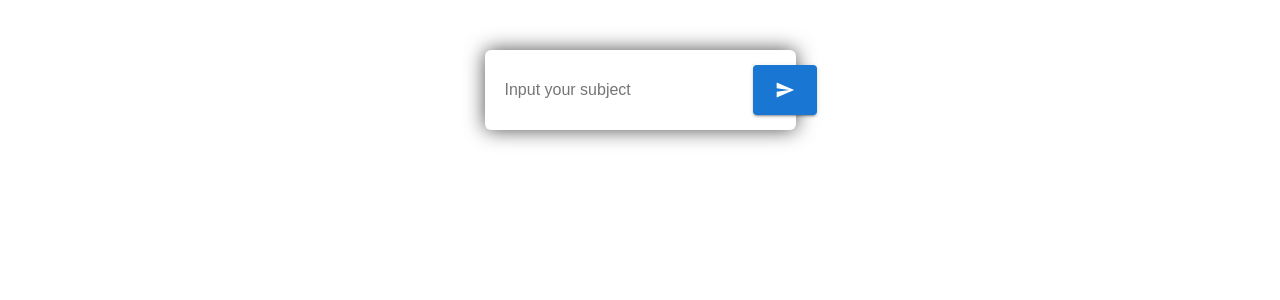
Repository: thienv29/todolist
Page: /
These files come from the project's save history. The page is drawn as it stood at one moment and after the next save; the edit follows.
The browser window is 1280 px wide. The pictures show the whole page.
The project was rebuilt for these pictures with package versions that can differ from the ones it lists, and the page was loaded fresh each time. Also part of the build but not shown: src/components/TodoEditing.js, src/components/Todo.js.

Above is the page before, as saved 2021-10-22 17:28:36.

### public/index.html
<!DOCTYPE html>
<html lang="en">
    <head>
        <meta charset="utf-8" />
        <link rel="icon" href="%PUBLIC_URL%/favicon.ico" />
        <meta name="viewport" content="width=device-width, initial-scale=1" />
        <meta name="theme-color" content="#000000" />
        <meta name="description" content="Web site created using create-react-app" />
        <link rel="apple-touch-icon" href="%PUBLIC_URL%/logo192.png" />
        <!--
      manifest.json provides metadata used when your web app is installed on a
      user's mobile device or desktop. See https://developers.google.com/web/fundamentals/web-app-manifest/
    -->
        <link rel="manifest" href="%PUBLIC_URL%/manifest.json" />
        <!--
      Notice the use of %PUBLIC_URL% in the tags above.
      It will be replaced with the URL of the `public` folder during the build.
      Only files inside the `public` folder can be referenced from the HTML.

      Unlike "/favicon.ico" or "favicon.ico", "%PUBLIC_URL%/favicon.ico" will
      work correctly both with client-side routing and a non-root public URL.
      Learn how to configure a non-root public URL by running `npm run build`.
    -->
        <link
            rel="stylesheet"
            href="https://fonts.googleapis.com/css?family=Roboto:300,400,500,700&display=swap"
        />
        <title>React App</title>
    </head>
    <body>
        <noscript>You need to enable JavaScript to run this app.</noscript>
        <div id="root"></div>
        <!--
      This HTML file is a template.
      If you open it directly in the browser, you will see an empty page.

      You can add webfonts, meta tags, or analytics to this file.
      The build step will place the bundled scripts into the <body> tag.

      To begin the development, run `npm start` or `yarn start`.
      To create a production bundle, use `npm run build` or `yarn build`.
    --></body>
</html>

### src/index.js
import React from "react";
import ReactDOM from "react-dom";
import App from "./App";
import "./style.scss";
import store from "./redux/store";
import { Provider } from "react-redux";

ReactDOM.render(
    <Provider store={store}>
        <React.StrictMode>
            <App />
        </React.StrictMode>
    </Provider>,
    document.getElementById("root")
);

### src/App.js
import React from "react";
import TodoList from "./components/TodoList.js";
import Input from "./components/Input.js";
import {Toaster} from 'react-hot-toast'
import Grid from "@mui/material/Grid";
export default function App() {
    return (
        <Grid container className="main">
            <Input />
            <TodoList />
                <Toaster position="top-center" reverseOrder={false} />
        </Grid>
    );
}

### src/style.scss
*{
    margin: 0;
    padding: 0;
    box-sizing: border-box;
    font-family: Arial, Helvetica, sans-serif;
}
body{
    width: 100%;
    height: 100vh;
    display: flex;
    justify-content: center;
}
.main{
    width: 800px;
    height: 100%;
   padding: 50px;
    overflow: hidden;
}
.todolist{
    transition: .5s ease-in ;
}
.inputTodo{
    width: 100%;
    background-color: white;
    height: 80px;
    position: relative;
    display: flex;
    justify-content: center;
    align-items: center;
    padding: 0px 20px;
    border-radius: 6px;
    box-shadow: 0px 0px 20px rgba($color: #000000, $alpha: 0.7);
    margin-bottom: 30px;
    .inputdiv{

        height: 100%;
    }
    .input{
        width: 100%;
        height: 100%;
        border: none;
        outline: none;
        font-size: medium;

    }
    .inputTime{
        position: absolute;
    }
    .MuiButton-root.MuiButton-contained.MuiButton-containedPrimary.MuiButton-sizeMedium.MuiButton-containedSizeMedium.MuiButtonBase-root.css-sghohy-MuiButtonBase-root-MuiButton-root{
        height: 50px;
    }
    .MuiButton-endIcon.MuiButton-iconSizeMedium.css-9tj150-MuiButton-endIcon{
        padding: 0;
        margin: 0;
    }
    .MuiGrid-root.MuiGrid-item.MuiGrid-grid-xs-2.css-a0vo9r-MuiGrid-root
    {
        text-align: right;
    }
}
.todo{
    width: 100%;
    height: 60px;
    background-color: white;
    margin: 10px 0px;
    display: flex;
    align-items: center;
    justify-content: space-between;
    padding: 0px 20px;
    box-shadow: 0px 0px 20px rgba($color: #000000, $alpha: 0.7);
    border-radius: 6px;
    .tododivleft{
        align-items: center;
        display: flex;
    }
}

.todo {
    transform: translateX(200%);
    animation:
        openspace .3s ease forwards,
        restored-item-animation .5s .3s cubic-bezier(.14,.25,.52,1.56) forwards;
}

@keyframes openspace {
    to {
        height: 60px;
    }
}

@keyframes restored-item-animation {
    0% {
        opacity: 0;
         transform: translateX(100%);
    }

    70% {
        opacity: 1;
        transform: translateX(-50px);
    }

    100% {
        opacity: 1;
        transform: translateX(0);
    }
}
.todo.removed-item {
    animation: removed-item-animation .6s cubic-bezier(.65,-0.02,.72,.29);
}

@keyframes removed-item-animation {
   0% {
        opacity: 1;
        transform: translateX(0);
    }

    30% {
        opacity: 1;
        transform: translateX(50px);
    }

    80% {
        opacity: 1;
        transform: translateX(-800px);
    }

    100% {
        opacity: 0;
        transform: translateX(-800px);
    }
}
.tododivright{
    display: flex;
    align-items: center;
}

### src/redux/store.js
import { createStore } from "redux";
import reducers from "./reducers";
const store = createStore(reducers)
export default store;

### src/components/TodoList.js
import React, {  useEffect } from "react";
import Todo from "./Todo.js";
import {  useSelector } from "react-redux";
import _ from "underscore";
import { saveList } from "../redux/actions/index.js";
import { useDispatch } from "react-redux";
import { Grid } from "@mui/material";
export default function TodoList() {
    const ListTodo = useSelector((state) => state.listTodo, _.isEqual);
    const dispatch = useDispatch()
    useEffect(() => {
        console.log(ListTodo);
        dispatch(saveList())
    }, [ListTodo]);
    return (
        <Grid container className='todolist'>
            {ListTodo.map((TodoChild) => {
                return (
                    <Todo key={TodoChild.id} Todo={TodoChild}  />
                );
            })}
        </Grid >
    );
}

### src/components/Input.js
import React from "react";
import DateTimePicker from "@mui/lab/DateTimePicker";
import TextField from "@mui/material/TextField";
import AdapterDateFns from "@mui/lab/AdapterDateFns";
import LocalizationProvider from "@mui/lab/LocalizationProvider";
import Grid from "@mui/material/Grid";
import Button from "@mui/material/Button";
import SendIcon from "@mui/icons-material/Send";
import { useDispatch } from "react-redux";
import { addElement } from "../redux/actions";

export default function Input() {
    const [valueNote, setValueNote] = React.useState({
        time: '',
        note: "",
    });
    const dispatch = useDispatch();

    const handleAddNote = () => {
        if (valueNote.note === "") {
        } else {
            dispatch(addElement(valueNote));
            setValueNote({
                ...valueNote,
                note: "",
            });
        }
    };

    return (
        <Grid className="inputTodo"xs={12}>
            <Grid item className='inputdiv' xs={6}>
                <input
                    type="text"
                    value={valueNote.note}
                    onChange={(e) => {
                        setValueNote({ ...valueNote, note: e.target.value });
                    }}
                    className="input"
                    placeholder="Input your subject"
                />
            </Grid>
            <Grid item xs={5}>
                <LocalizationProvider dateAdapter={AdapterDateFns}>
                    <DateTimePicker
                        className="inputTime"
                        label="Deadline"
                        value={valueNote.time}
                        onChange={(time) => {
                            setValueNote({ ...valueNote, time: time });
                        }}

                        renderInput={(params) => <TextField {...params} />}
                    />
                </LocalizationProvider>
            </Grid>
            <Grid item xs={1}>
                <Button
                    onClick={handleAddNote}
                    variant="contained"
                    endIcon={<SendIcon />}
                ></Button>
            </Grid>
        </Grid>
    );
}

### src/redux/reducers/index.js
import { combineReducers } from "redux";
import TodoListReducer from "./todolistReducer.js";
const reducers = combineReducers({
    listTodo: TodoListReducer,
});
export default reducers;

### src/redux/actions/index.js

export const setComplete = function (id,bool) {
    return {
        type: "SET_COMPLETE",
        data: {
            id,
            bool
        }
    };
};
export const deleteElement = function (id) {
    return {
        type: "DELETE_ELEMENT",
        data: id,
    };
};
export const addElement = function (element) {
    return {
        type: "ADD_ELEMENT",
        data: element,
    };
};
export const editElement = function (element) {
    return {
        type: "EDIT_ELEMENT",
        data: element,
    };
};
export const saveList = function () {
    return {
        type: "SAVE",
    };
};

export const reset = () => ({
    type: "RESET",
});

### src/redux/reducers/todolistReducer.js
import uuid from "react-uuid";
import toast from 'react-hot-toast';
export const initialState = JSON.parse(localStorage.getItem("listTodo") || "[]");
const TodoListReducer = (state = initialState, action) => {
    const tmp = [...state];
    switch (action.type) {
        case "SET_COMPLETE":
            tmp.forEach((e) => {
                if (e.id === action.data.id) {
                    e.isComplete = action.data.bool;
                }
            });
            return tmp;
        case "DELETE_ELEMENT":
            const removeIndex = tmp.findIndex((item) => item.id === action.data);
            tmp.splice(removeIndex, 1);
            return tmp;
        case "ADD_ELEMENT":
            const date2 = new Date();
            const date1 = new Date(action.data.time);
            const Difference_In_Time = date1.getTime() - date2.getTime();
            const Difference_In_Days = Math.floor(
                Difference_In_Time / (1000 * 3600 * 24)
            );
            if (Difference_In_Days>=0) {
                tmp.push({
                    Subject: action.data.note,
                    time: action.data.time,
                    id: uuid(),
                    isComplete: false,
                    remainingDays:Difference_In_Days
                });
            }else{
                toast.error('Ngày không hợp lệ')
            }

            tmp.sort((a,b) => {
              return a.remainingDays - b.remainingDays
            })

            return tmp;
        case "EDIT_ELEMENT":
            tmp.forEach((e) => {
                if (e.id === action.data.id) {
                    e.Subject = action.data.Subject;
                }
            });
            return tmp;
        case "SAVE":
            localStorage.setItem('listTodo',JSON.stringify(tmp))
            return tmp;
        case "RESET":
            return [];

        default:
            return state;
    }
};

export default TodoListReducer;

After the next save:
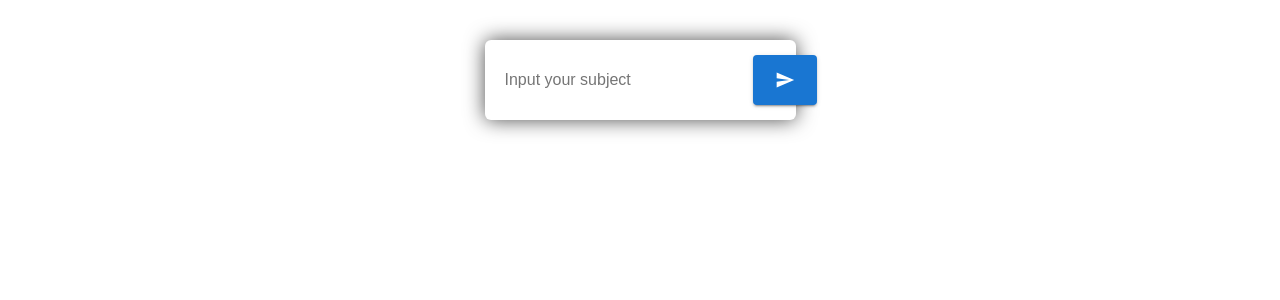
Saved 16 s later.
--- a/src/style.scss
+++ b/src/style.scss
@@ -13,7 +13,7 @@ body{
 .main{
     width: 800px;
     height: 100%;
-   padding: 50px;
+   padding: 40px;
     overflow: hidden;
 }
 .todolist{
